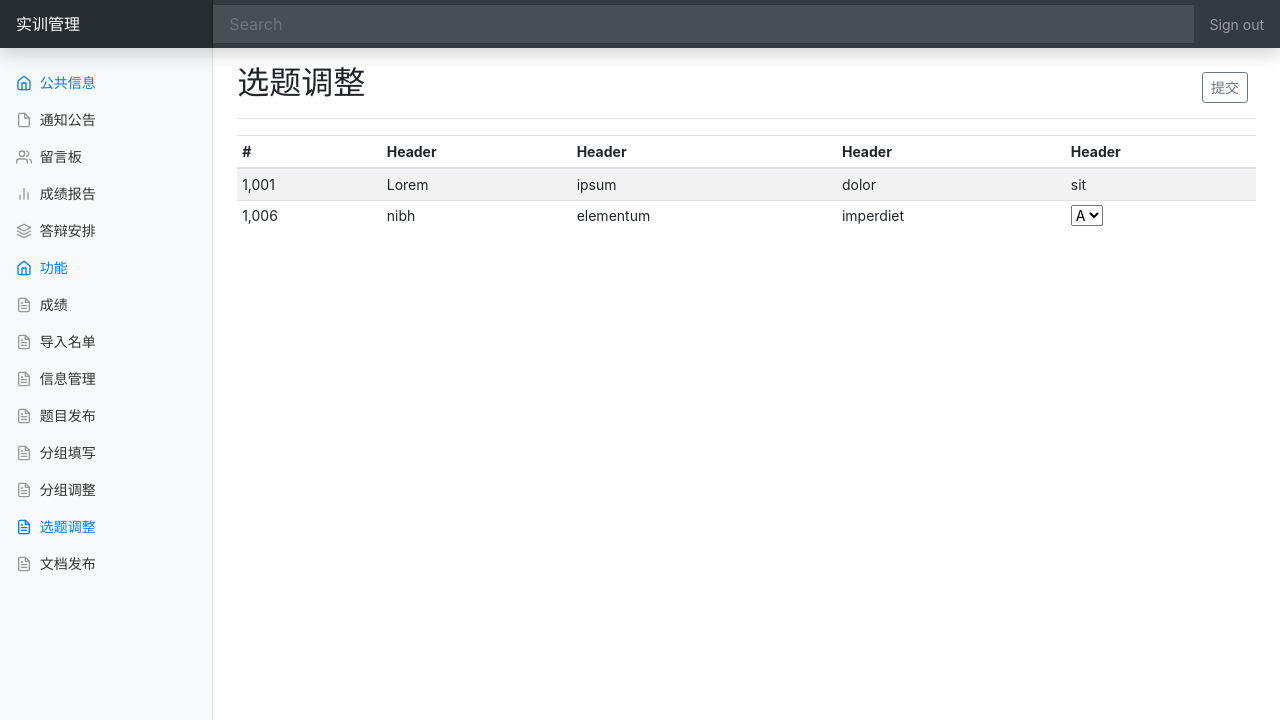
Repository: Kong-T/Practical-training
Page: Administrator/html/Ad_topic_admin.html
These files come from the project's save history. The page is drawn as it stood at one moment and after the next save; the edit follows.
The browser window is 1280 px wide. The pictures show the whole page.
The page's requests for data from a server got no answer. Some web libraries are served in a nearby version.

Above is the page before, as saved 2020-12-14 19:55:48.
Console error: TypeError: Cannot read properties of null (reading 'length')

After the next save:
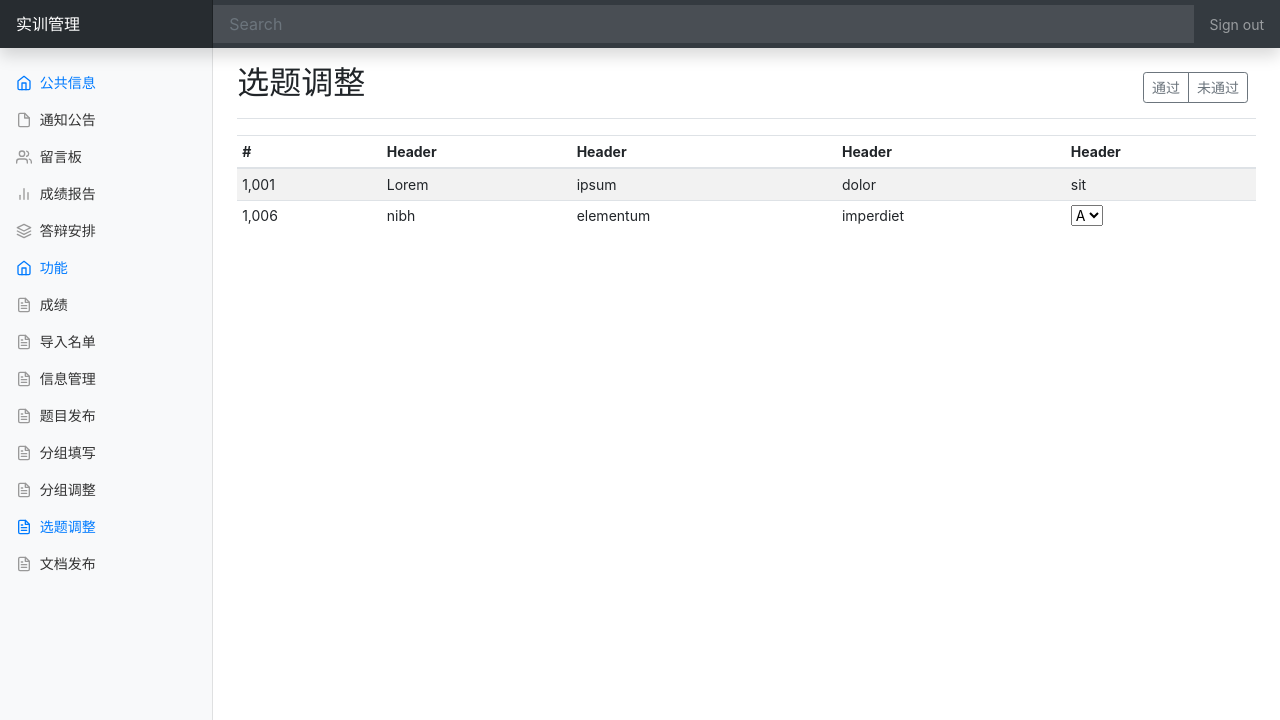
Saved 40 s later.
--- a/Administrator/html/Ad_topic_admin.html
+++ b/Administrator/html/Ad_topic_admin.html
@@ -158,8 +158,8 @@
           <h1 class="h2">选题调整</h1>
           <div class="btn-toolbar mb-2 mb-md-0">
             <div class="btn-group mr-2">
-              <button type="button" onclick="submit()" class="btn btn-sm btn-outline-secondary">提交</button>
-              <!-- <button type="button" class="btn btn-sm btn-outline-secondary">Export</button> -->
+              <button type="button" onclick="submit()" class="btn btn-sm btn-outline-secondary">通过</button>
+              <button type="button" class="btn btn-sm btn-outline-secondary">未通过</button>
             </div>
             <!-- <button type="button" class="btn btn-sm btn-outline-secondary dropdown-toggle">
             <span data-feather="calendar"></span>
